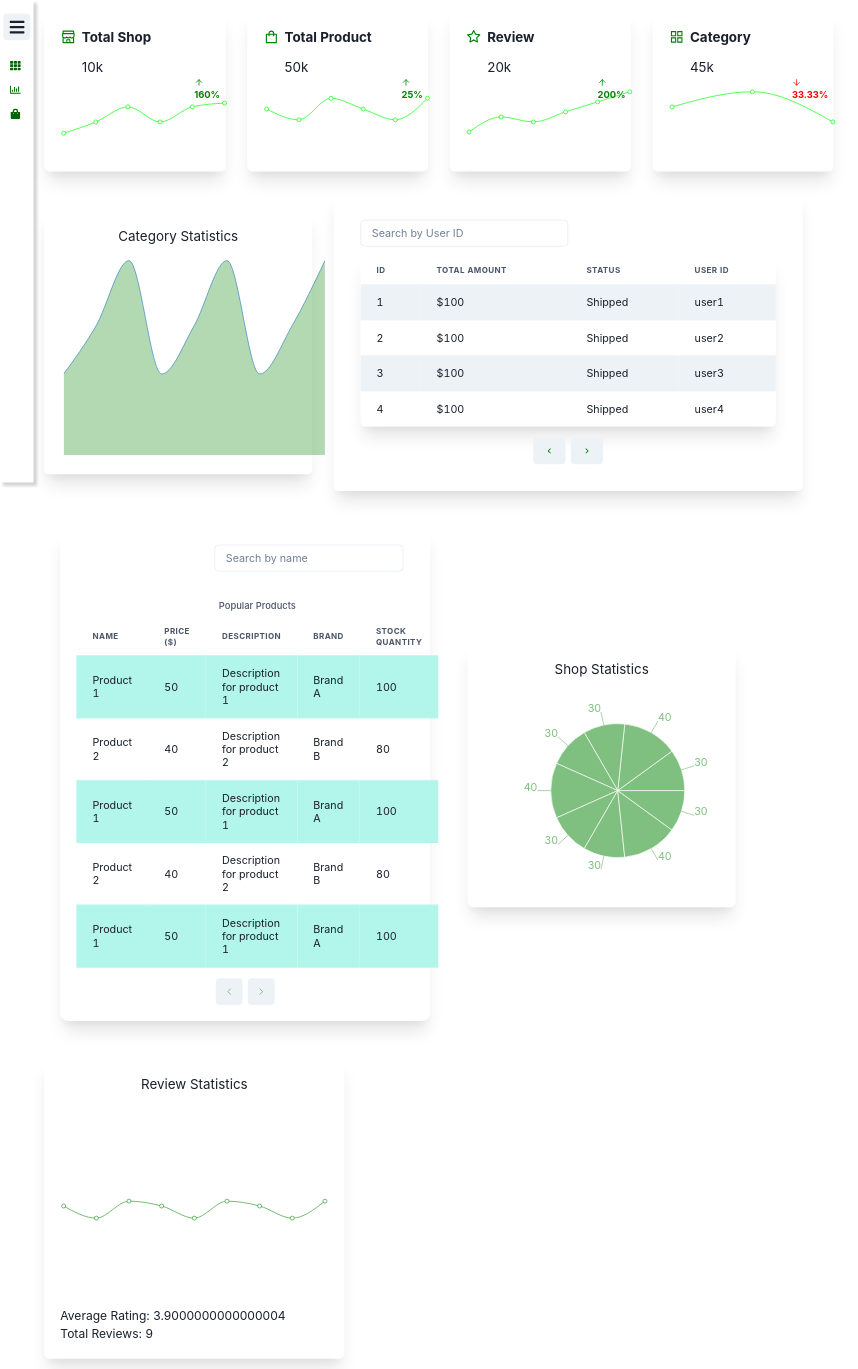
Repository: Andarg01/chakra-dashboard
Page: /
The author's editor kept a copy of each file at every save. The page is drawn from the files as they stood at one save, then again after the next save.
The browser window is 1280 px wide. The pictures show the whole page, at 67% of full size.
The project was rebuilt for these pictures with package versions that can differ from the ones it lists, and the page was loaded fresh each time. Also part of the build but not shown: src/components/ProductModal.tsx, src/components/ProductTable.tsx, src/pages/ProductList.tsx, src/components/RecentSalesTable.tsx, src/pages/Analytics.tsx.

Above is the page before, as saved 2024-03-18 05:10:13.

After the next save:
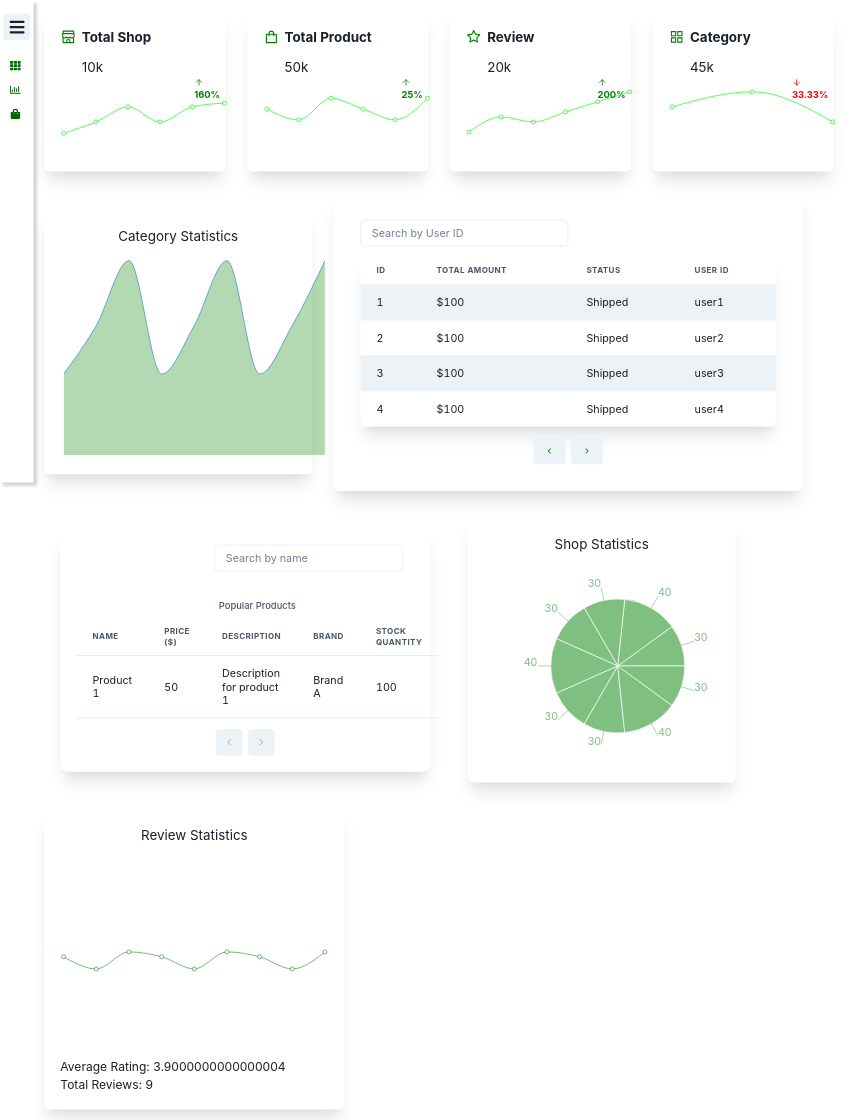
Saved 5 min 48 s later.
--- a/src/components/PopularProductsPage.tsx
+++ b/src/components/PopularProductsPage.tsx
@@ -41,48 +41,11 @@ const PopularProductsPage: React.FC = () => {
       brand: 'Brand A',
       stockQuantity: 100,
     },
-    {
-      id: '2',
-      name: 'Product 2',
-      price: 40,
-      description: 'Description for product 2',
-      imageUrl: 'https://via.placeholder.com/150',
-      brand: 'Brand B',
-      stockQuantity: 80,
-    },
-    {
-      id: '1',
-      name: 'Product 1',
-      price: 50,
-      description: 'Description for product 1',
-      imageUrl: 'https://via.placeholder.com/150',
-      brand: 'Brand A',
-      stockQuantity: 100,
-    },
-    {
-      id: '2',
-      name: 'Product 2',
-      price: 40,
-      description: 'Description for product 2',
-      imageUrl: 'https://via.placeholder.com/150',
-      brand: 'Brand B',
-      stockQuantity: 80,
-    },
-    {
-      id: '1',
-      name: 'Product 1',
-      price: 50,
-      description: 'Description for product 1',
-      imageUrl: 'https://via.placeholder.com/150',
-      brand: 'Brand A',
-      stockQuantity: 100,
-    },
-
     // Add more sample data here
   ];
 
-  // Responsive table variant based on breakpoint
-  const tableVariant = useBreakpointValue({ base: 'simple', sm: 'simple', md: 'striped' });
+  // Always use 'simple' table variant
+  const tableVariant = 'simple';
 
   // Filter products based on search query
   const filteredProducts = products.filter((product) =>
